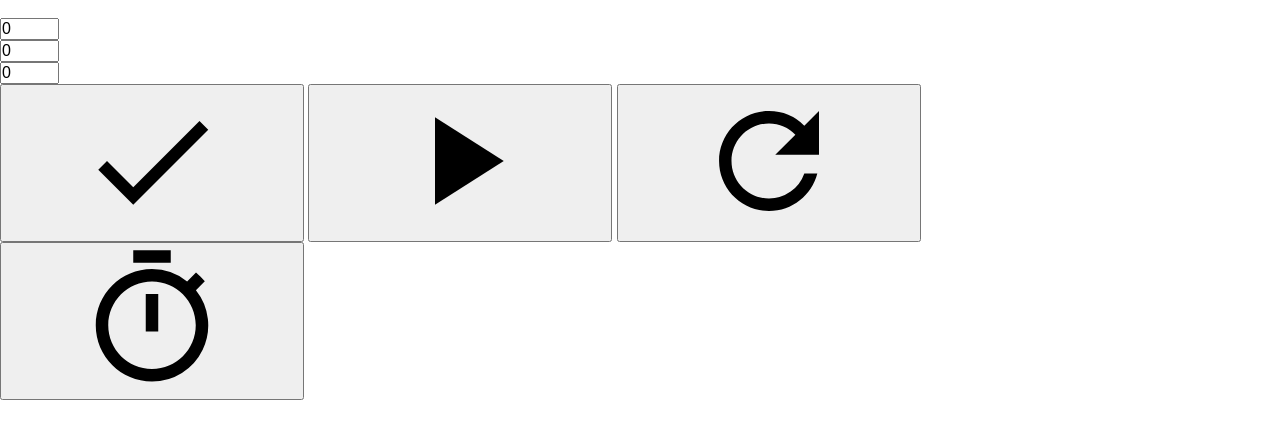
Repository: KrzysKolo/Projekt-12_Timer
Page: index.html
An editor plug-in stored every save of this project. The page is shown before and after the next save, followed by the edit.
The browser window is 1280 px wide. The pictures show the whole page.
Some web fonts or font styles are not loaded; a fallback is used.

Above is the page before, as saved 2020-06-24 19:47:53.

### index.html
<!DOCTYPE html>
<html lang="en">
  <head>
    <meta charset="UTF-8" />
    <meta name="viewport" content="width=device-width, initial-scale=1.0" />
    <title>Taimer</title>
    <link
      href="https://fonts.googleapis.com/css2?family=Aldrich&family=Press+Start+2P&display=swap"
      rel="stylesheet"
    />

    <link rel="stylesheet" href="./css/style.css" />
  </head>
  <body>
    <main class="timer">
      <header class="timer__header">
        <h1 class="timer__heading">
          Timer
        </h1>
      </header>
      <article class="timer__clock">
        <!-- input hours-->
        <section class="clock">
          <input
            type="number"
            name="hours"
            id="hours"
            value="0"
            min="0"
            max="99"
            class="clock__input"
            data-timer-input__hours
          />
          <label for="hours" class="clock__label">Hours</label>
        </section>
        <!-- input minutes-->
        <section class="clock">
          <input
            type="number"
            name="minutes"
            id="minutes"
            value="0"
            min="0"
            max="59"
            class="clock__input"
            data-timer-input__minutes
          />
          <label for="minutes" class="clock__label">Minures</label>
        </section>
        <!-- input seconds -->
        <section class="clock">
          <input
            type="number"
            name="seconds"
            id="seconds"
            value="0"
            min="0"
            max="59"
            class="clock__input"
            data-timer-input__seconds
          />
          <label for="seconds" class="clock__label">Seconds</label>
        </section>
      </article>
      <article class="timer__buttons">
        <!-- button 1 -->
        <button class="button">
          <svg class="button__icon">
            <use xlink:href="./assets/icons/sprite.svg#done-24px"></use>
          </svg>
        </button>
        <!-- button 2 -->
        <button class="button">
          <svg class="button__icon">
            <use xlink:href="./assets/icons/sprite.svg#play_arrow-24px"></use>
          </svg>
        </button>
        <!-- button 3 -->
        <button class="button">
          <svg class="button__icon">
            <use xlink:href="./assets/icons/sprite.svg#refresh-24px"></use>
          </svg>
        </button>
        <!-- dźwięk -->
        <section class="timer__audio">
          <audio src="./assets/sounds/alarm.mp3" loop></audio>
          <button class="button">
            <svg class="button__icon button__icon--alarm">
              <use xlink:href="./assets/icons/sprite.svg#timer-24px"></use>
            </svg>
          </button>
        </section>
      </article>
    </main>
  </body>
</html>

### css/style.css
*,
*::before,
*::after {
  padding: 0;
  margin: 0;
  box-sizing: inherit;
  font-size: 16px;
}
body {
  box-sizing: border-box;
  color: #fff;
  font-family: "Aldrich", sans-serif;
}
.timer {
  width: 100vw;
  height: 100vh;
  background-image: background-image: radial-gradient(closest-side, transparent 98%, rgba(0,0,0,.3) 99%), radial-gradient(closest-side, transparent 98%, rgba(0,0,0,.3) 99%);

  background-position: 0 0, 40px 40px;
    width: 90%;
    height: 150px;
}

After the next save:
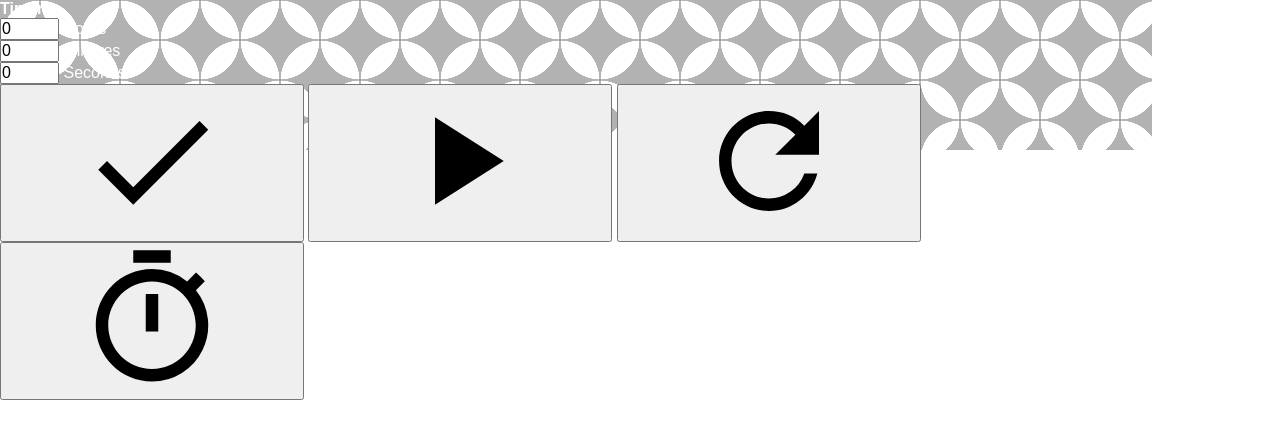
Saved 21 s later.
--- a/css/style.css
+++ b/css/style.css
@@ -14,9 +14,15 @@ body {
 .timer {
   width: 100vw;
   height: 100vh;
-  background-image: background-image: radial-gradient(closest-side, transparent 98%, rgba(0,0,0,.3) 99%), radial-gradient(closest-side, transparent 98%, rgba(0,0,0,.3) 99%);
+  background-image: radial-gradient(
+      closest-side,
+      transparent 98%,
+      rgba(0, 0, 0, 0.3) 99%
+    ),
+    radial-gradient(closest-side, transparent 98%, rgba(0, 0, 0, 0.3) 99%);
 
+  background-size: 80px 80px;
   background-position: 0 0, 40px 40px;
-    width: 90%;
-    height: 150px;
+  width: 90%;
+  height: 150px;
 }
